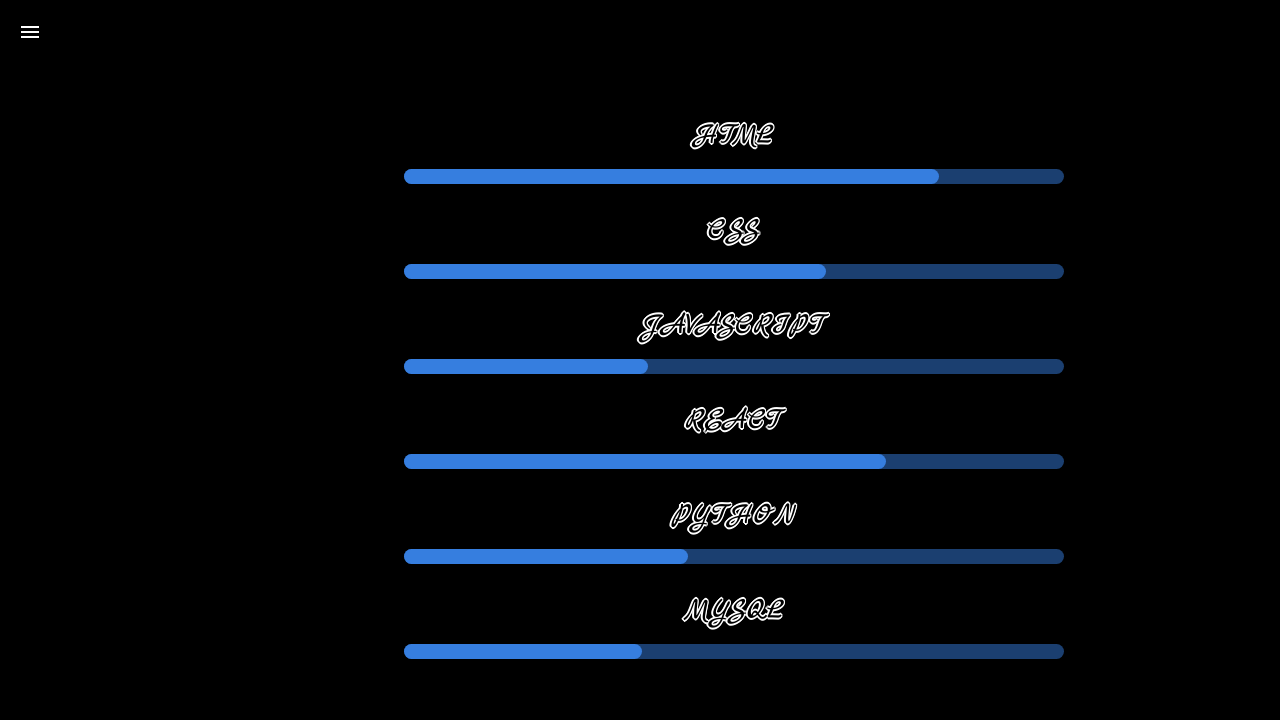
Repository: Ajtheult/portfolio.v3
Page: /skills
These files come from the project's save history. The page is drawn as it stood at one moment and after the next save; the edit follows.
The browser window is 1280 px wide. The pictures show the whole page.
Some web fonts or font styles are not loaded; a fallback is used. The project was rebuilt for these pictures with package versions that can differ from the ones it lists, and the page was loaded fresh each time. Also part of the build but not shown: src/components/layout/pages/Home.js, src/components/layout/pages/MyWork.js, src/components/layout/pages/Testimonials.js.

Above is the page before, as saved 2020-07-19 17:44:28.

### public/index.html
<!DOCTYPE html>
<html lang="en">
  <head>
    <meta charset="utf-8" />
    <link rel="icon" href="%PUBLIC_URL%/favicon.ico" />
    <meta name="viewport" content="width=device-width, initial-scale=1" />
    <meta name="theme-color" content="#000000" />
    <meta
      name="description"
      content="Web site created using create-react-app"
    />

    <link rel="manifest" href="%PUBLIC_URL%/manifest.json" />
    <link
      href="https://fonts.googleapis.com/css2?family=Marck+Script&display=swap"
      rel="stylesheet"
    />
    <link
      href="https://fonts.googleapis.com/css2?family=Gruppo&display=swap"
      rel="stylesheet"
    />
    <link rel="manifest" href="%PUBLIC_URL%/manifest.json" />

    <link
      rel="stylesheet"
      href="https://fonts.googleapis.com/icon?family=Material+Icons"
    />

    <link
      rel="stylesheet"
      href="https://use.fontawesome.com/releases/v5.7.2/css/all.css"
      integrity="sha384-fnmOCqbTlWIlj8LyTjo7mOUStjsKC4pOpQbqyi7RrhN7udi9RwhKkMHpvLbHG9Sr"
      crossorigin="anonymous"
    />
    <title>Portfolio.v3</title>
  </head>
  <body>
    <noscript>You need to enable JavaScript to run this app.</noscript>
    <div id="root"></div>
  </body>
</html>

### src/index.js
import React from "react";
import ReactDOM from "react-dom";
import App from "./App";
import "materialize-css/dist/css/materialize.min.css";

ReactDOM.render(
  <React.StrictMode>
    <App />
  </React.StrictMode>,
  document.getElementById("root")
);

### src/App.js
import React from "react";

import { Home } from "./components/layout/pages/Home";
import { Skills } from "./components/layout/pages/Skills";
import { MyWork } from "./components/layout/pages/MyWork";
import { Testimonials } from "./components/layout/pages/Testimonials";
import Navbar from "./components/layout/navbar/Navbar";

import { BrowserRouter as Router, Route, Switch } from "react-router-dom";
import "./App.css";

function App() {
  return (
    <Router>
      <div className="App">
        <Navbar />

        <Switch>
          <Route exact path="/portfolio-v3" component={Home} />
          <Route path="/skills" component={Skills} />
          <Route path="/mywork" component={MyWork} />
          <Route path="/testimonials" component={Testimonials} />
        </Switch>
      </div>
    </Router>
  );
}

export default App;

### src/components/layout/pages/Skills.js
import React from "react";
import "../../../App.css";
export const Skills = () => {
  return (
    <div class="containing_skills">
      <ul>
        <li className="html skills_li skills_text">HTML</li>
        <li className="css skills_li skills_text">CSS</li>
        <li className="js skills_li skills_text">JavaScript</li>
        <li className="react skills_li skills_text">React</li>
        <li className="py skills_li skills_text">Python</li>
        <li className="sql skills_li skills_text">mySQL</li>
      </ul>
    </div>
  );
};

### src/components/layout/navbar/Navbar.js
/* eslint-disable no-unused-vars */
import React, { Component } from "react";
import M from "materialize-css/dist/js/materialize.min.js";
import me from "./me.jpg";
import music from "./music.jpg";
import "../../../App.css";
import { Link } from "react-router-dom";

export class Navbar extends Component {
  componentDidMount() {
    document.addEventListener("DOMContentLoaded", function () {
      var elems = document.querySelectorAll(".sidenav");
      var instances = M.Sidenav.init(elems, {});
    });
  }

  render() {
    return (
      <div>
        <nav>
          <div className="nav-wrapper colour">
            <a
              href="#home"
              data-target="slide-out"
              className="sidenav-trigger show-on-large"
            >
              <i className="material-icons">menu</i>
            </a>
          </div>
        </nav>

        <ul id="slide-out" className="sidenav">
          <li>
            <div className="user-view">
              <div className="background">
                <img className="background_img" src={music} alt="img" />
              </div>

              <img className="circle" src={me} alt="img of me" />

              <span className="black-text name move_me">Asaph Franks</span>

              <span className="black-text email  move_me">
                Asaphfranksboi@gmail.com
              </span>
            </div>
            {/* Change font so that the name can be better read */}
          </li>
          <Link to="/portfolio-v3">
            <br />
            <li className="colour_of_nav">Home</li>
          </Link>{" "}
          <br />
          <Link to="/skills">
            <li className="colour_of_nav">Skills</li>
          </Link>
          <br />
          <Link to="/mywork">
            <li className="colour_of_nav">Work</li>
          </Link>
          <br />
          <Link to="/testimonials">
            <li className="colour_of_nav">Testimonials</li>
          </Link>
        </ul>
      </div>
    );
  }
}

export default Navbar;

### src/App.css
.App {
  text-align: center;
}

body {
  background-color: black;
  color: white;
}
.background_img {
  width: 100%;
  height: 100%;
}

.move_me {
  text-align: left;
}

.colour {
  background-color: black;
}

img.bg {
  /* Set rules to fill background */
  min-height: 100%;
  min-width: 1024px;

  /* Set up proportionate scaling */
  width: 100%;
  height: auto;

  /* Set up positioning */
  position: fixed;
  top: 0;
  left: 0;
  z-index: -1;
}

div.admin-bg {
  /* Set up positioning */
  position: fixed;
  top: 0;
  left: 0;
  z-index: -1;
  background-color: black;
}

@media screen and (max-width: 1024px) {
  /* Specific to this particular image */
  img.bg {
    left: 50%;
    margin-left: -512px; /* 50% */
  }
}

.intro_name_top {
  font-family: "Marck Script", cursive;
  font-size: 130px;
  color: black;
  text-shadow: 2px 0 0 #fff, -2px 0 0 #fff, 0 2px 0 #fff, 0 -2px 0 #fff,
    1px 1px #fff, -1px -1px 0 #fff, 1px -1px 0 #fff, -1px 1px 0 #fff;
}
.testimonial_title {
  font-family: "Marck Script", cursive;
  color: black;
  font-size: 80px;
  text-shadow: 2px 0 0 #fff, -2px 0 0 #fff, 0 2px 0 #fff, 0 -2px 0 #fff,
    1px 1px #fff, -1px -1px 0 #fff, 1px -1px 0 #fff, -1px 1px 0 #fff;
}

.intro_name_bottom {
  font-size: 60px;
  color: #000000;
  font-weight: bold;
  text-shadow: 2px 0 0 #fff, -2px 0 0 #fff, 0 2px 0 #fff, 0 -2px 0 #fff,
    1px 1px #fff, -1px -1px 0 #fff, 1px -1px 0 #fff, -1px 1px 0 #fff;
  font-family: "Gruppo", cursive;
}

.logos {
  text-align: left;
  font-size: 30px;
}

.contact-title {
  margin-top: -5px;
  font-family: "Marck Script", cursive;
  font-size: 90px;
  color: black;
  text-shadow: 2px 0 0 #fff, -2px 0 0 #fff, 0 2px 0 #fff, 0 -2px 0 #fff,
    1px 1px #fff, -1px -1px 0 #fff, 1px -1px 0 #fff, -1px 1px 0 #fff;
}

.about-title {
  margin-top: 1px;
  font-family: "Marck Script", cursive;
  font-size: 80px;
  color: black;
  text-shadow: 2px 0 0 #fff, -2px 0 0 #fff, 0 2px 0 #fff, 0 -2px 0 #fff,
    1px 1px #fff, -1px -1px 0 #fff, 1px -1px 0 #fff, -1px 1px 0 #fff;
}

.student_bio {
  margin-top: 2%;
  font-size: 23px;
}

.big_frontend {
  font-size: 40px;
  font-family: "Gruppo", cursive;
}

.move_the_name {
  margin-top: -12px;
  font-size: 20px;
  font-weight: bold;
}

.enlarge_paragraph {
  font-size: 22px;
  font-family: "Times New Roman", Times, serif;
}

.my_info {
  font-size: 30px;
  text-align: left;
  font-family: "Gruppo", cursive;
}

.my_info_2 {
  font-size: 20px;
  text-align: left;
  line-height: 8px;
  font-family: "Times New Roman", Times, serif;
}

.my_info_3 {
  font-size: 25px;
  text-align: left;
  line-height: 8px;
  font-family: "Times New Roman", Times, serif;
}

.black_text {
  color: black;
}

.passion_heading {
  text-align: center;
  font-family: "Marck Script", cursive;
  font-size: 45px;
}

.passion_content {
  font-family: "Gruppo", cursive;
  font-weight: bold;
  line-height: 25px;
}

.margin_on_top {
  margin-top: 1px;
  font-size: 20px;
  font-family: "Marck Script", cursive;
  font-weight: bold;
}

.my_work_desc {
  font-size: 20px;
  font-family: "Times New Roman", Times, serif;
}

.my_work_title {
  font-family: "Gruppo", cursive;
  color: black;
  font-size: 30px;
  text-shadow: 2px 0 0 rgb(0, 0, 0), -2px 0 0 rgb(0, 0, 0), 0 2px 0 #fff,
    0 -2px 0 #fff, 1px 1px #fff, -1px -1px 0 #fff, 1px -1px 0 #fff,
    -1px 1px 0 #fff;
}

.link-size {
  font-size: 40px;
  margin-top: -40px;
  padding: 1%;
  text-align: left;
  margin-left: 60px;
  font-family: "Gruppo", cursive;
  color: blue;
}

.button_margin {
  margin-top: 5px;
}

.work_title {
  font-family: "Marck Script", cursive;
  color: black;
  font-size: 50px;
  text-shadow: 2px 0 0 #fff, -2px 0 0 #fff, 0 2px 0 #fff, 0 -2px 0 #fff,
    1px 1px #fff, -1px -1px 0 #fff, 1px -1px 0 #fff, -1px 1px 0 #fff;
}

.colour_of_nav {
  color: black;
  margin-top: -30px;
}

.style_for_landingpage {
  margin-left: 15.5%;
  margin-top: 6%;
  position: absolute;
  padding: 50px;
  width: 70%;
  transform: "translate(-50%, -50%)";
}

.containing_skills {
  width: 700px;
  margin-top: -20px;
  margin-left: 30%;
  padding: 20px;
}

.skills_li {
  position: relative;
  list-style: none;
  margin: 50px 0;
  font-weight: 500;
  text-transform: uppercase;
}

.skills_li:before {
  content: "";
  position: absolute;
  top: calc(100% + 10px);
  left: 0;
  width: 100%;
  height: 15px;
  background-color: rgba(54, 126, 223, 0.5);
  border-radius: 1000px;
}

.skills_li:after {
  content: "";
  position: absolute;
  top: calc(100% + 10px);
  left: 0;
  width: 0;
  height: 15px;
  background-color: rgba(54, 126, 223, 1);
  border-radius: 1000px;
  animation-duration: 0.7s;
  animation-timing-function: ease;
  animation-fill-mode: forwards;
}

.html:after {
  animation-name: html;
}

@keyframes html {
  to {
    width: 81%;
  }
}

.css:after {
  animation-name: css;
}

@keyframes css {
  to {
    width: 64%;
  }
}

.js:after {
  animation-name: js;
}

@keyframes js {
  to {
    width: 37%;
  }
}

.py:after {
  animation-name: py;
}

@keyframes py {
  to {
    width: 43%;
  }
}

.sql:after {
  animation-name: sql;
}

@keyframes sql {
  to {
    width: 36%;
  }
}

.react:after {
  animation-name: react;
}

@keyframes react {
  to {
    width: 73%;
  }
}

.skills_text {
  font-family: "Marck Script", cursive;
  color: black;
  font-size: 30px;
  text-shadow: 1px 0 0 #fff, -2px 0 0 #fff, 0 2px 0 #fff, 0 -2px 0 #fff,
    1px 1px #fff, -1px -1px 0 #fff, 1px -1px 0 #fff, -1px 1px 0 #fff;
}

After the next save:
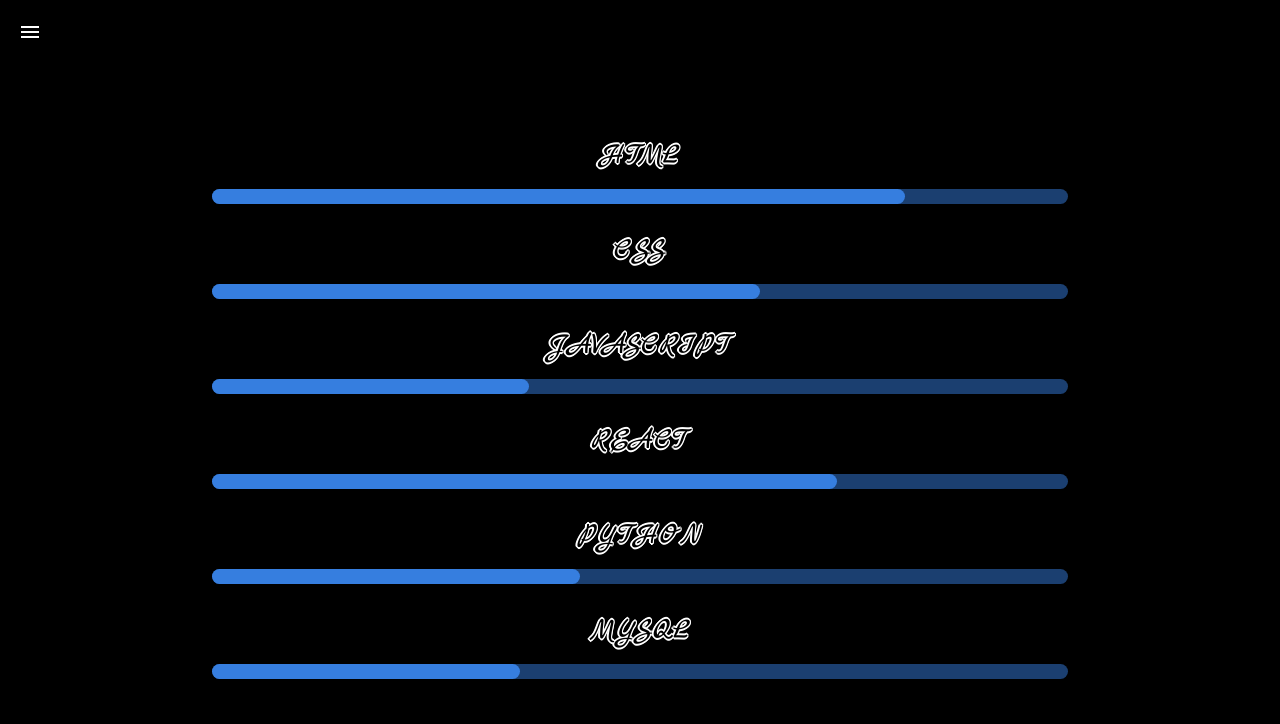
Saved 23 s later.
--- a/src/components/layout/pages/Skills.js
+++ b/src/components/layout/pages/Skills.js
@@ -2,7 +2,7 @@
 import "../../../App.css";
 export const Skills = () => {
   return (
-    <div class="containing_skills">
+    <div class="container containing_skills">
       <ul>
         <li className="html skills_li skills_text">HTML</li>
         <li className="css skills_li skills_text">CSS</li>
